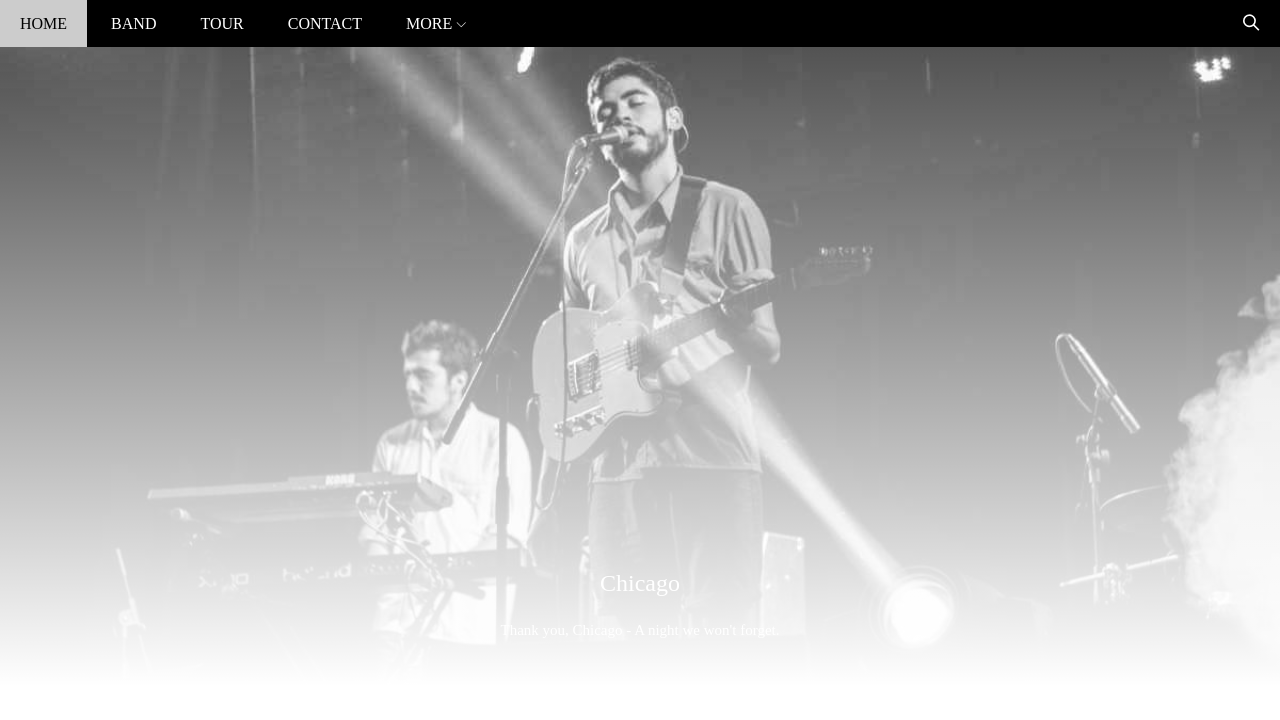
Repository: Dino0411/Dino0411.github.io
Page: index.html
An editor plug-in stored every save of this project. The page is shown before and after the next save, followed by the edit.
The browser window is 1280 px wide. The pictures show the whole page.

Above is the page before, as saved 2021-10-04 00:16:02.

After the next save:
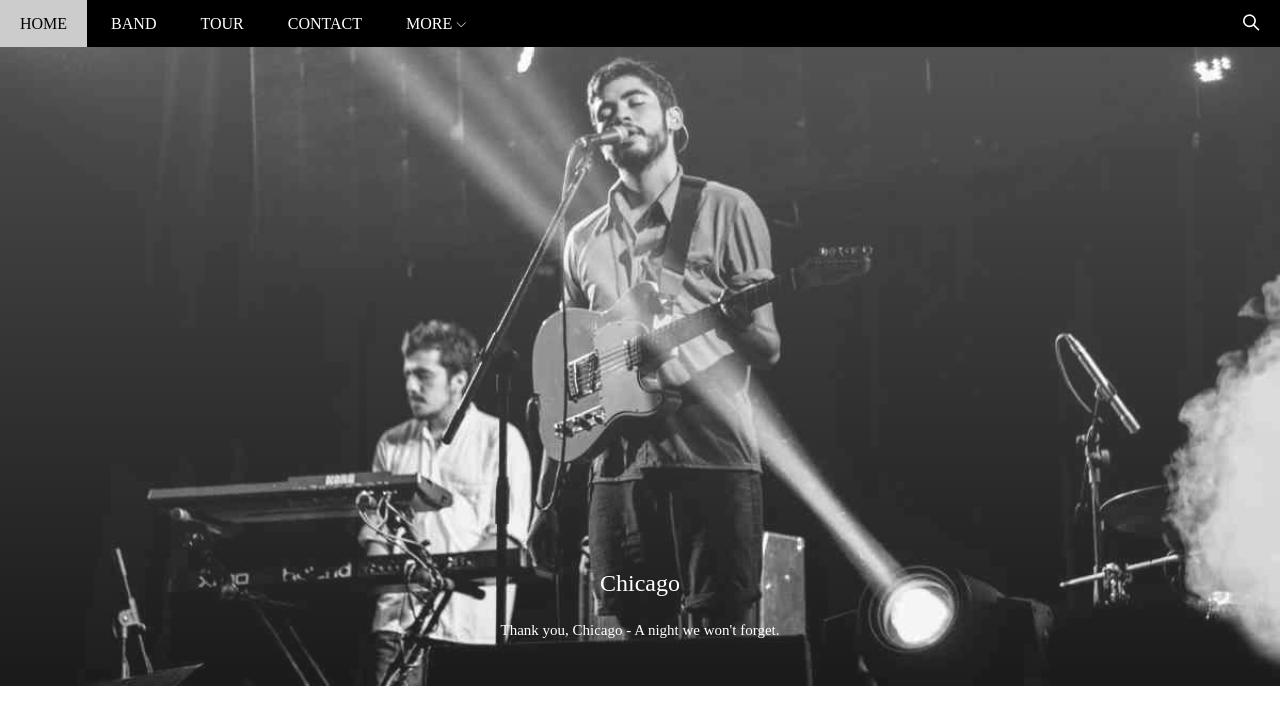
Saved 7 s later.
--- a/assets/css/style.css
+++ b/assets/css/style.css
@@ -96,7 +96,10 @@ TODO:tổng quan đến chi tiết
   position: relative;
   margin-top: 46px;
   padding-top: 50%;
-  background: linear-gradient(rgba(255, 255, 255, 0.3), rgba(255, 255, 255, 1)),
+  background: linear-gradient(
+      rgba(255, 255, 255, 0.3),
+      rgba(255, 255, 255, 0.1)
+    ),
     url("/assets/img/slider/slider1.jpg") top center / cover no-repeat;
 }
 #slider .text-content {
